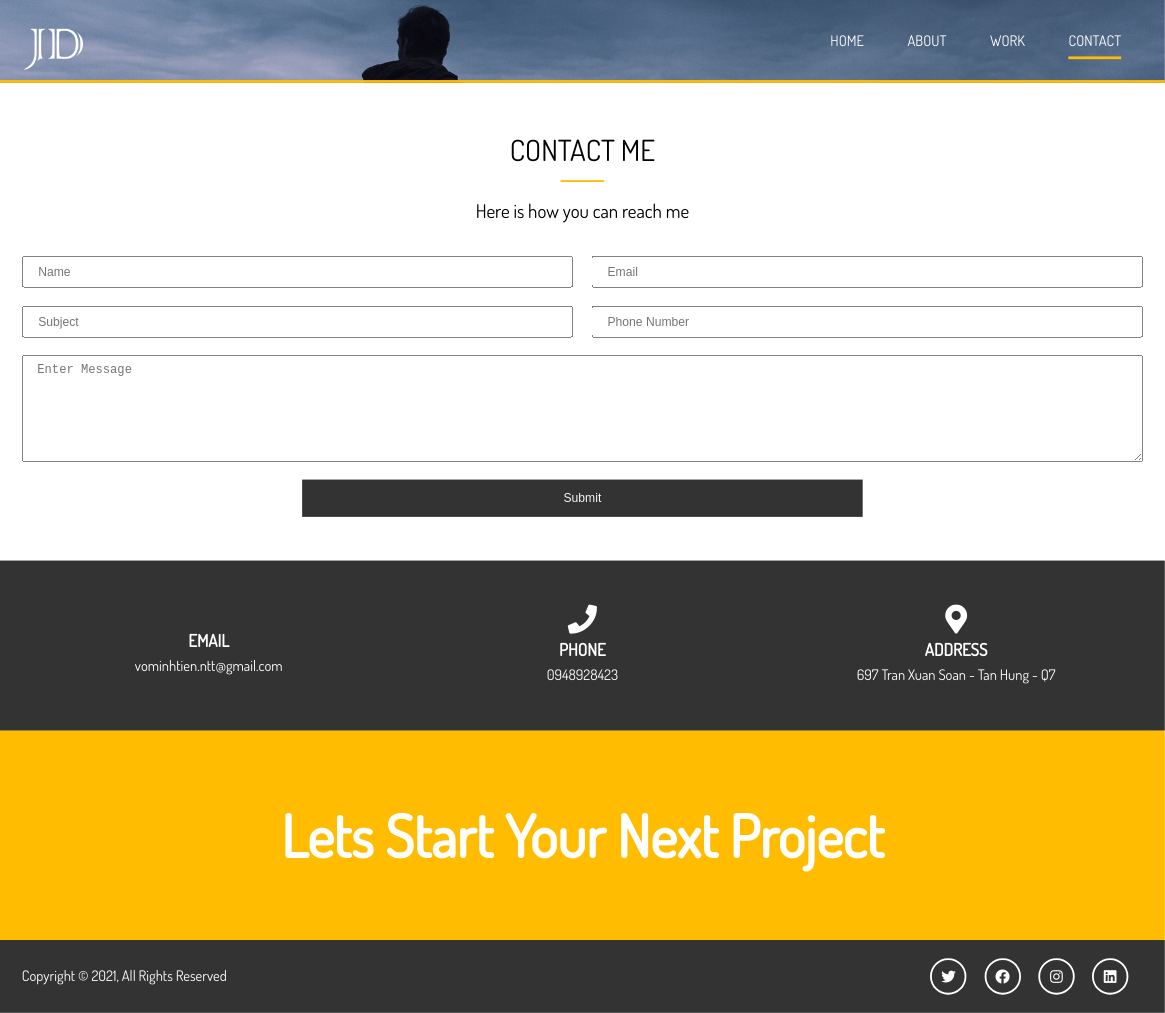
Repository: minhtien9/Portfolio_Website
Page: diet/contact.html
These files come from the project's save history. The page is drawn as it stood at one moment and after the next save; the edit follows.
The browser window is 1280 px wide. The pictures show the whole page, at 91% of full size.

Above is the page before, as saved 2021-08-29 20:44:24.

### diet/contact.html
<!DOCTYPE html>
<html lang="en">
  <head>
    <meta charset="UTF-8" />
    <meta http-equiv="X-UA-Compatible" content="IE=edge" />
    <meta name="viewport" content="width=device-width, initial-scale=1.0" />
    <link
      rel="stylesheet"
      href="https://cdnjs.cloudflare.com/ajax/libs/font-awesome/5.15.4/css/all.min.css"
      integrity="sha512-1ycn6IcaQQ40/MKBW2W4Rhis/DbILU74C1vSrLJxCq57o941Ym01SwNsOMqvEBFlcgUa6xLiPY/NS5R+E6ztJQ=="
      crossorigin="anonymous"
      referrerpolicy="no-referrer"
    />
    <link
      href="https://fonts.googleapis.com/css2?family=Dosis&display=swap"
      rel="stylesheet"
    />
    <link rel="stylesheet" href="css/style.css" />
    <title>Contact Me || UI/UX Designer & Photographer</title>
  </head>
  <body>
    <!-- Header -->
    <header id="header-inner">
      <div class="container">
        <nav id="main-nav">
          <img src="img/logo.png" alt="My Portfolio" id="logo" />
          <ul>
            <li><a href="index.html">Home</a></li>
            <li><a href="about.html">About</a></li>
            <li><a href="work.html">Work</a></li>
            <li><a href="contact.html" class="current">Contact</a></li>
          </ul>
        </nav>
      </div>
    </header>

    <!-- Section A: Contact Form -->
    <section id="contact-a" class="text-center py-3">
      <div class="container">
        <h2 class="section-title">Contact Me</h2>
        <div class="bottom-line"></div>
        <p class="lead">Here is how you can reach me</p>
        <form>
          <div class="text-fields">
            <input
              type="text"
              class="text-input name-input"
              placeholder="Name"
            />
            <input
              type="text"
              class="text-input subject-input"
              placeholder="Subject"
            />
            <input
              type="email"
              class="text-input email-input"
              placeholder="Email"
            />
            <input
              type="text"
              class="text-input phone-input"
              placeholder="Phone Number"
            />
            <textarea
              class="text-input message-input"
              placeholder="Enter Message"
            ></textarea>
          </div>
          <button type="submit" class="btn-dark">Submit</button>
        </form>
      </div>
    </section>

    <!-- Section B: Contact Info -->
    <section id="contact-b" class="py-3 bg-dark">
      <div class="container">
        <div class="contact-info">
          <div>
            <i class="far fa-evenlope fa-2x"></i>
            <h3>Email</h3>
            <p>vominhtien.ntt@gmail.com</p>
          </div>
          <div>
            <i class="fas fa-phone fa-2x"></i>
            <h3>Phone</h3>
            <p>0948928423</p>
          </div>
          <div>
            <i class="fas fa-map-marker-alt fa-2x"></i>
            <h3>Address</h3>
            <p>697 Tran Xuan Soan - Tan Hung - Q7</p>
          </div>
        </div>
      </div>
    </section>

    <!-- Section C: Tagline -->
    <section id="contact-c" class="bg-main py-4">
      <div class="container">
        <h1>Lets Start Your Next Project</h1>
      </div>
    </section>

    <!-- Footer -->
    <footer id="main-footer">
      <div class="footer-content container">
        <p>Copyright &copy; 2021, All Rights Reserved</p>
        <div class="social">
          <i class="fab fa-twitter"></i>
          <i class="fab fa-facebook"></i>
          <i class="fab fa-instagram"></i>
          <i class="fab fa-linkedin"></i>
        </div>
      </div>
    </footer>

    <!-- <script src="js/typewriter.js"></script> -->
  </body>
</html>

### diet/css/style.css
.container {
  max-width: 1280px;
  padding: 0 1.5rem;
  margin: auto;
  overflow: hidden;
}

.btn-dark, .btn-light, .btn-main {
  display: inline-block;
  padding: 0.8rem 2rem;
  transition: all 0.5s;
  border: none;
  cursor: pointer;
}

.btn-main {
  color: #333;
  background-color: #ffbc00;
}
.btn-light {
  color: #333;
  background-color: #f4f4f4;
}
.btn-dark {
  color: #f4f4f4;
  background-color: #333;
}

button[class^=btn-]:hover,
a[class^=btn-]:hover,
input[class^=btn-]:hover {
  background-color: #ffbc00;
}

.bg-main {
  background: #ffbc00;
  color: #fff;
}
.bg-dark {
  background: #333;
  color: #fff;
}
.bg-light {
  background: #f4f4f4;
  color: #000;
}
.bg-medium {
  background: #ccc;
  color: #000;
}

.lead {
  font-size: 1.3rem;
  margin-bottom: 2rem;
}

.text-center {
  text-align: center;
}

.py-1 {
  padding: 1rem 0;
}
.py-2 {
  padding: 2rem 0;
}
.py-3 {
  padding: 3rem 0;
}
.py-4 {
  padding: 4rem 0;
}

.ny-1 {
  margin: 1rem 0;
}
.ny-2 {
  margin: 2rem 0;
}
.ny-3 {
  margin: 3rem 0;
}
.ny-4 {
  margin: 4rem 0;
}

.section-title {
  font-size: 2rem;
  display: block;
  padding-bottom: 0.5rem;
  text-align: center;
  font-weight: 100;
  text-transform: uppercase;
}

.bottom-line {
  height: 2px;
  width: 3rem;
  background: #ffbc00;
  display: block;
  margin: 0 auto 1rem auto;
}

.items {
  display: grid;
  grid-template-columns: repeat(3, 1fr);
  box-shadow: 0 5px 10px 0 rgba(0, 0, 0, 0.3);
}

.item {
  position: relative;
  background: #ffbc00;
  overflow: hidden;
}
.item:after {
  content: "";
  position: absolute;
  display: block;
  background: inherit;
  opacity: 0.9;
  top: 0;
  left: 0;
  width: 100%;
  height: 100%;
  transform: scale(2) translateX(-75%) translateY(-75%) rotate(-28deg);
  transition: transform 3s cubic-bezier(0.2, 1, 0.3, 1);
}
.item:hover:after {
  transform: scale(2) translateX(0) translateY(0) rotate(-28deg);
}
.item:hover .item-image {
  transform: scale(1.2);
}
.item:hover .item-text {
  opacity: 1;
  transform: translateY(0);
}
.item-image {
  height: auto;
  transform: translateZ(0);
  display: block;
  transition: transform 750ms cubic-bezier(0.2, 1, 0.3, 1);
}
.item-image:before {
  content: "";
  display: block;
  padding-top: 75%;
  overflow: hidden;
}
.item-image img {
  position: absolute;
  top: 0;
  left: 0;
  width: 100%;
  height: auto;
  line-height: 0;
}
.item-text {
  position: absolute;
  top: 0;
  left: 0;
  bottom: 0;
  right: 0;
  opacity: 0;
  text-align: center;
  z-index: 1;
  color: #fff;
  transform: translateY(-20%);
  transition: opacity 500ms cubic-bezier(0.2, 1, 0.3, 1), transform 500ms cubic-bezier(0.2, 1, 0.3, 1);
  transition-delay: 300ms;
}
.item-text-wrap {
  position: absolute;
  width: 100%;
  top: 50%;
  transform: translateY(-50%);
}
.item-text-title {
  font-size: 2rem;
  padding: 0 1rem;
  margin: 5px 0 0 0;
}
.item-text-category {
  text-transform: uppercase;
  font-size: 1.2rem;
  opacity: 0.7;
  margin: 0;
}

* {
  margin: 0;
  padding: 0;
}

body {
  font-family: "Dosis", sans-serif;
  line-height: 1.6;
  background: #fff;
}

a {
  text-decoration: none;
  color: #333;
}

ul {
  list-style: none;
}

h2,
h3,
h4 {
  text-transform: uppercase;
}

img {
  width: 100%;
}

#logo {
  width: 70px;
  height: 70px;
  color: #fff;
  text-transform: uppercase;
}

#main-nav {
  display: flex;
  justify-content: space-between;
  padding-top: 1rem;
}
#main-nav ul {
  display: flex;
}
#main-nav li {
  padding: 1rem 1.5rem;
}
#main-nav a {
  text-decoration: none;
  color: #fff;
  text-transform: uppercase;
  border-bottom: 3px transparent solid;
  padding-bottom: 0.5rem;
  transition: border-color 0.5s;
}
#main-nav a:hover {
  border-color: #ccc;
}
#main-nav a.current {
  border-color: #ffbc00;
}

#header-home {
  background: url("../img/showcase.jpg") no-repeat center right/cover;
  height: 100vh;
  color: #fff;
}
#header-home .header-content {
  text-align: center;
  padding-top: 20%;
}
#header-home .header-content h1 {
  font-size: 4rem;
  line-height: 1.2;
}
#header-inner {
  background: url("../img/showcase.jpg") no-repeat 20% 30%/cover;
  height: 5.5rem;
  border-bottom: 3px solid #ffbc00;
}

#home-a .specials {
  margin-top: 3rem;
  display: grid;
  grid-gap: 1rem;
  grid-template-columns: repeat(4, 1fr);
}
#home-a .specials .fas {
  color: #ffbc00;
  padding-bottom: 0.4rem;
}
#home-b .stats {
  display: grid;
  grid-template-columns: repeat(4, 1fr);
}
#home-b .stats li {
  line-height: 2;
}
#home-b .stats li.stats-title {
  font-size: 1.5rem;
}
#home-b .stats li.stats-number {
  font-size: 2rem;
  font-weight: bold;
}
#home-b .stats div {
  padding: 3rem 0;
}
#home-b .stats div:nth-child(odd) {
  background: #f4f4f4;
}
#home-b .stats div:nth-child(even) {
  background: #ccc;
}
#home-c .process {
  display: grid;
  grid-template-columns: repeat(4, 1fr);
  grid-gap: 1.5rem;
  text-align: center;
}
#home-c .process-step {
  position: absolute;
  top: 0;
  right: 0;
  font-size: 28px;
  background: #ffbc00;
  color: #fff;
  border-radius: 50%;
  height: 15px;
  width: 15px;
  line-height: 15px;
  padding: 1rem;
  transition: all 1s;
}
#home-c .process-icon {
  border-radius: 50%;
  background: #333;
  color: #fff;
  padding: 2rem;
  width: 70px;
  height: 70px;
  line-height: 70px;
  text-align: center;
  position: relative;
  transition: all 1s;
}
#home-c .process-icon:hover {
  background: #ffbc00;
  width: 90px;
  height: 90px;
  line-height: 90px;
}
#home-c .process-icon:hover .process-step {
  background: #333;
  color: #fff;
}

#about-a .about-info {
  display: grid;
  grid-template-areas: "bioimage bio bio" "aw1 aw2 aw3";
  grid-gap: 1.2rem;
}
#about-a .bio-image {
  grid-area: bioimage;
}
#about-a .bio {
  grid-area: bio;
  border-left: 3px solid #ffbc00;
  padding: 0.8rem;
}
#about-a .award-1 {
  grid-area: aw1;
}
#about-a .award-2 {
  grid-area: aw2;
}
#about-a .award-3 {
  grid-area: aw3;
}
#about-a .award-1 .fas,
#about-a .award-2 .fas,
#about-a .award-3 .fas {
  color: #ffbc00;
  margin: 1rem;
}
#about-b .progress {
  overflow: hidden;
  height: 20px;
  background: #ccc;
  border-radius: 5px;
  margin-bottom: 0.6rem;
}
#about-b .progress div {
  height: 100%;
  color: #fff;
  text-align: center;
  background: #ffbc00;
}
#about-c .about-logos {
  display: grid;
  grid-template-columns: repeat(4, 1fr);
  grid-gap: 2rem;
}
#about-c .about-logos img {
  width: 70%;
}
#about-d .testimonials {
  display: grid;
  grid-template-columns: repeat(4, 1fr);
  grid-gap: 0.5rem;
}
#about-d .testimonials ul {
  list-style: none;
  margin-top: 1rem;
  display: flex;
  align-items: center;
}
#about-d .testimonials p {
  border: 1px solid #ccc;
  border-radius: 5px;
  padding: 0.5rem;
}
#about-d .testimonials img {
  width: 50px;
  height: 50px;
  border-radius: 50%;
  margin-right: 0.5rem;
}

#contact-a .text-fields {
  display: grid;
  grid-template-areas: "name email" "subject phone" "message message";
  grid-gap: 1.2rem;
  margin-bottom: 1.2rem;
}
#contact-a .text-fields .name-input {
  grid-area: name;
}
#contact-a .text-fields .subject-input {
  grid-area: subject;
}
#contact-a .text-fields .email-input {
  grid-area: email;
}
#contact-a .text-fields .phone-input {
  grid-area: phone;
}
#contact-a .text-fields .message-input {
  grid-area: message;
  height: 100px;
}
#contact-a .text-fields .text-input {
  padding: 0.5rem 1rem;
}
#contact-a button[type=submit] {
  width: 50%;
}
#contact-b .contact-info {
  display: grid;
  grid-template-columns: repeat(3, 1fr);
  text-align: center;
}
#contact-c h1 {
  text-align: center;
  font-size: 4rem;
}

#main-footer {
  background: #333;
  color: #fff;
  height: 5rem;
}
#main-footer .footer-content {
  display: flex;
  justify-content: space-between;
  height: 5rem;
  align-items: center;
}
#main-footer .footer-content .social .fab {
  margin-right: 1rem;
  border: 2px solid #fff;
  border-radius: 50%;
  height: 20px;
  width: 20px;
  line-height: 20px;
  text-align: center;
  padding: 0.5rem;
}
#main-footer .footer-content .social .fab:hover {
  background: #ffbc00;
  cursor: pointer;
}

@media (max-width: 800px) {
  #header-home {
    height: 30rem;
  }
  #header-home .header-content {
    padding-top: 5rem;
  }
}
@media (max-width: 500px) {
  #main-nav {
    flex-direction: column;
    align-items: center;
  }
  #main-nav li {
    padding: 1rem;
  }

  #header-home {
    height: 10rem;
    border-bottom: 3px solid #ffbc00;
    background-position: 20% 30%;
  }
  #header-home .header-content {
    display: none;
  }
  #header-inner {
    height: 10rem;
  }

  #home-a .specials,
#home-b .stats,
#home-c .process,
#about-d .testimonials,
#contact-b .contact-info,
.items {
    grid-template-columns: 1fr;
  }

  #home-a .specials div {
    border-bottom: 1px #f4f4f4 solid;
    padding-bottom: 1rem;
  }
  #home-a .specials div:last-child {
    border: none;
    padding-bottom: 0;
  }
  #home-b .stats div {
    padding: 2rem 0 1rem 0;
  }

  #about-a .about-info {
    grid-template-areas: "bioimage" "bio" "aw1" "aw2" "aw3";
  }
  #about-c {
    display: none;
  }

  #contact-a .text-fields {
    grid-template-areas: "name" "subject" "email" "phone" "message";
  }
  #contact-b div {
    margin-bottom: 1rem;
    padding-bottom: 1rem;
    border-bottom: 1px solid #555;
  }
  #contact-b div:last-child {
    border: none;
    margin-bottom: 0;
    padding-bottom: 0;
  }
  #contact-c h1 {
    font-size: 2rem;
  }

  #main-footer {
    height: 7rem;
  }
  #main-footer .footer-content {
    flex-direction: column;
    padding: 1rem;
    height: 5rem;
  }
}
@media (max-height: 580px) {
  #header-home .header-content {
    padding-top: 3rem;
  }
}
@media (max-height: 330px) {
  #header-home .header-content h1 {
    font-size: 2rem;
  }
}

/*# sourceMappingURL=style.css.map */

After the next save:
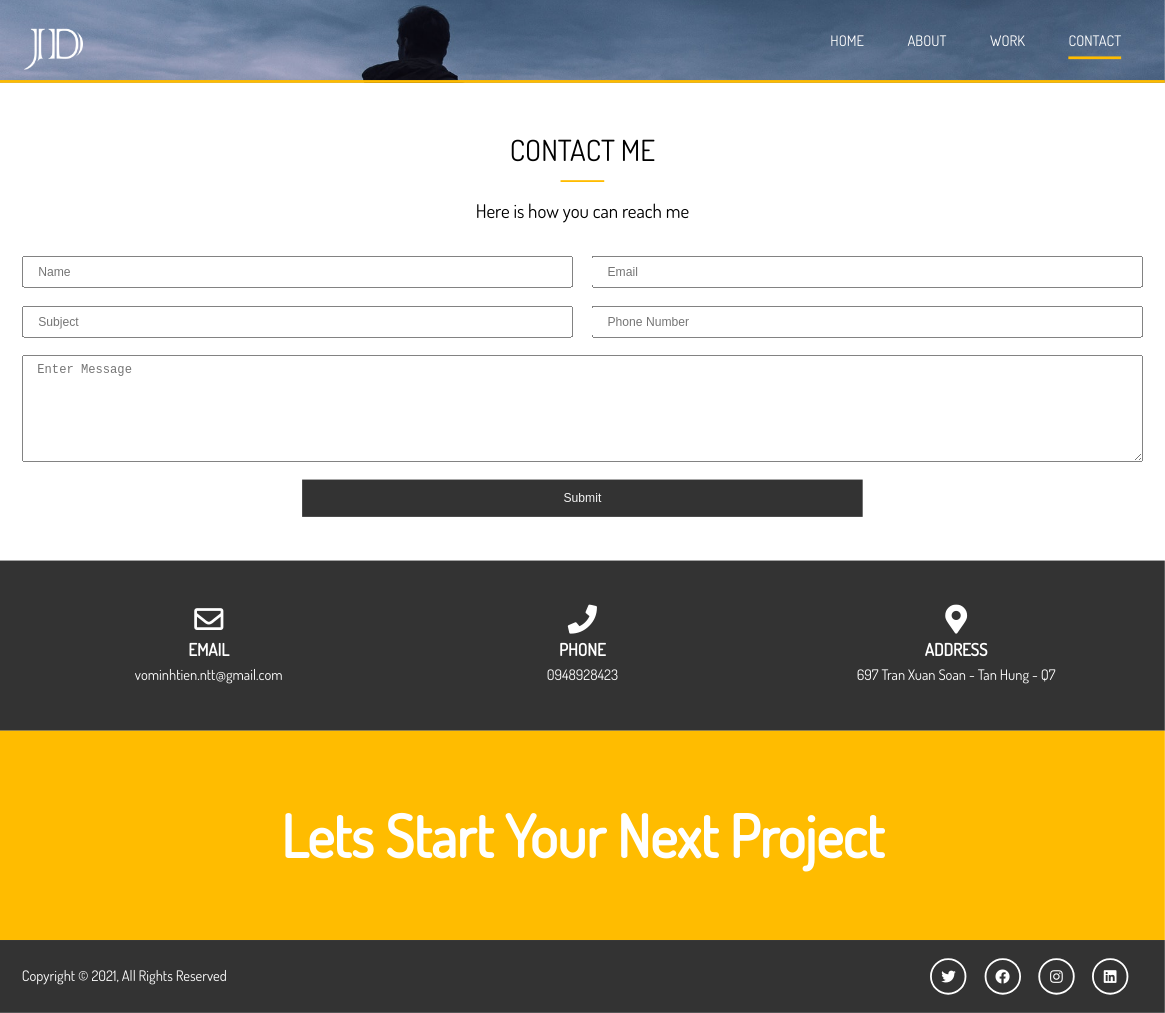
Saved 10 s later.
--- a/diet/contact.html
+++ b/diet/contact.html
@@ -77,7 +77,7 @@
       <div class="container">
         <div class="contact-info">
           <div>
-            <i class="far fa-evenlope fa-2x"></i>
+            <i class="far fa-envelope fa-2x"></i>
             <h3>Email</h3>
             <p>vominhtien.ntt@gmail.com</p>
           </div>
